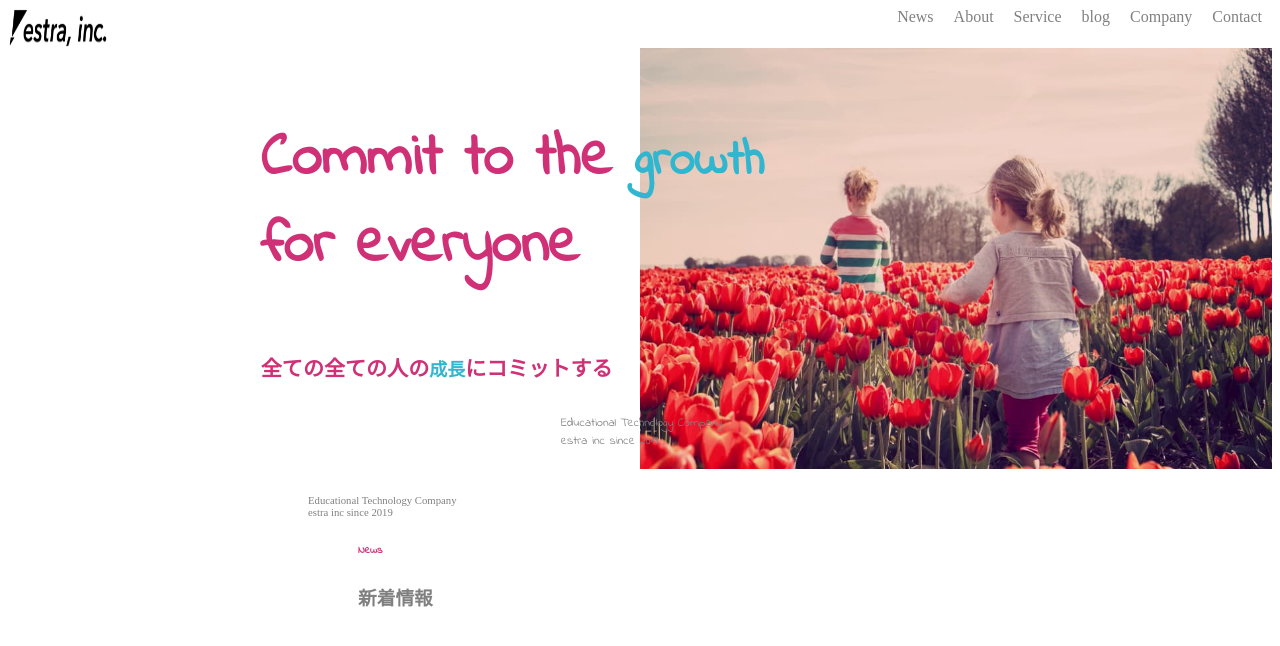
Repository: sigemasaasuka/20210902
Page: index.html
An editor plug-in stored every save of this project. The page is shown before and after the next save, followed by the edit.
The browser window is 1280 px wide. The pictures show the whole page.

Above is the page before, as saved 2021-09-08 21:23:43.

After the next save:
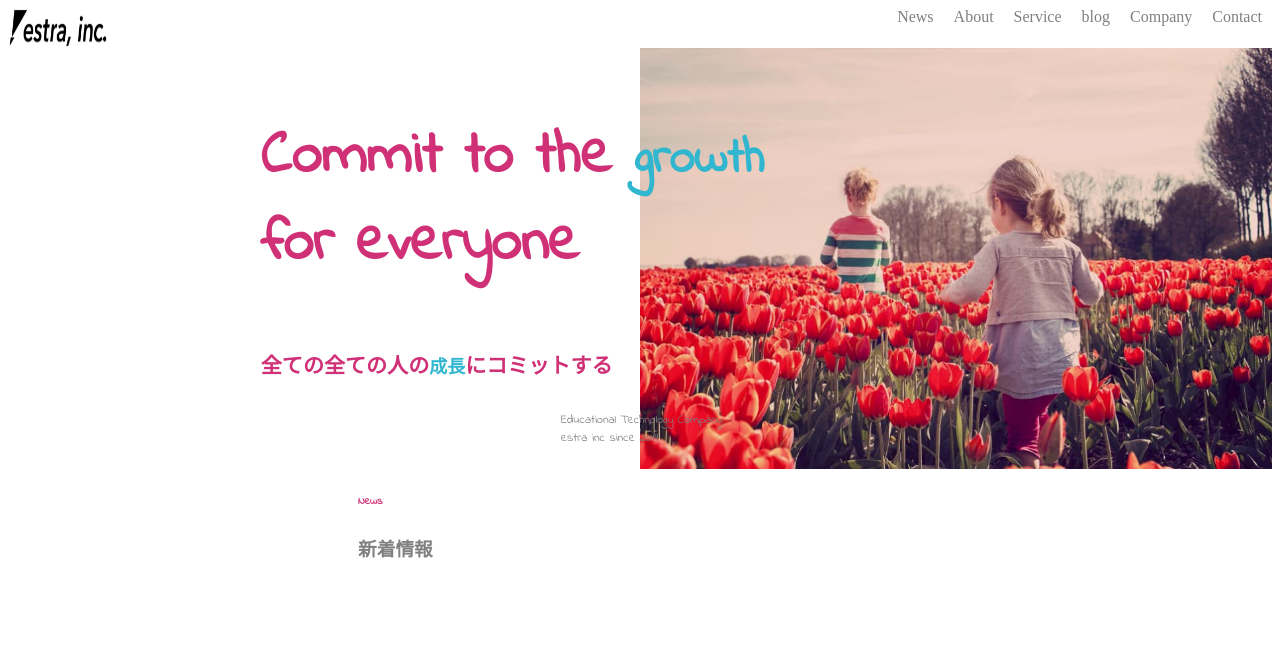
Saved 5 s later.
--- a/index.html
+++ b/index.html
@@ -33,7 +33,6 @@
         <h6 class="subtitle">Educational Technology Company<br>estra inc since 2019</h6>
       </div>
     </div>
-    <h6 class="subtitle">Educational Technology Company<br>estra inc since 2019</h6>
     <div class="smlltitle">
     <h6>News</h6>
     </div>

After the 2 saves that followed:
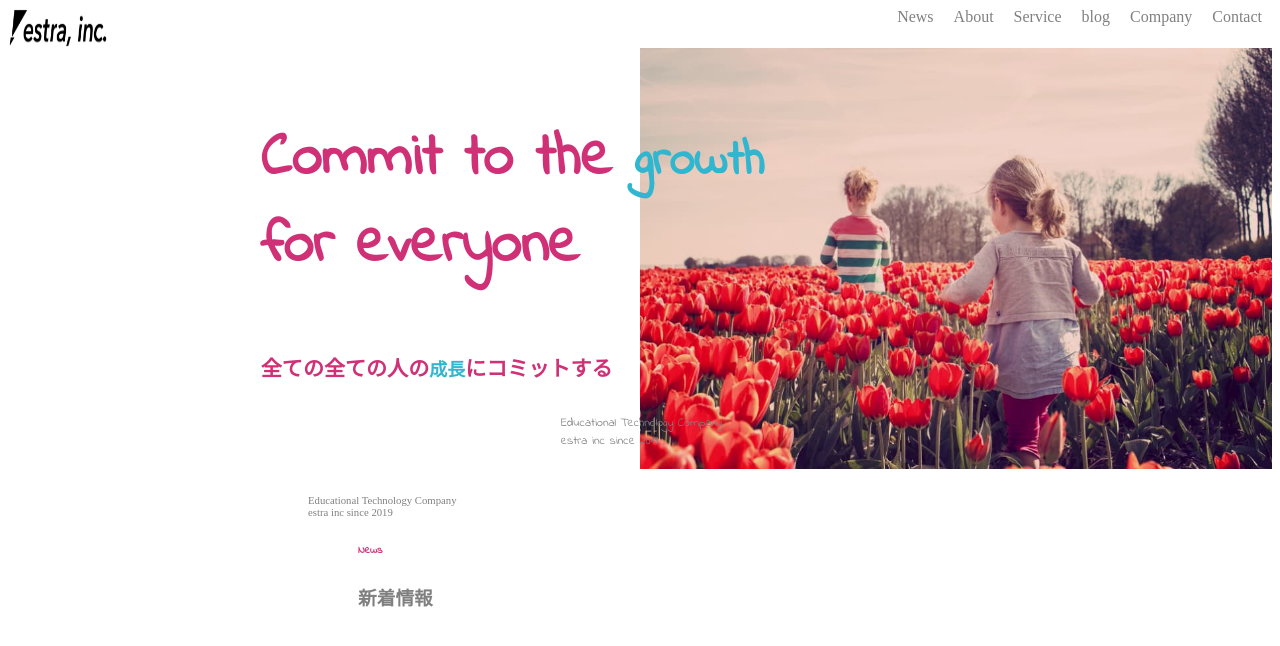
The 2 saves are shown as one change because they came seconds apart.
The last was saved 59 s later.
--- a/index.html
+++ b/index.html
@@ -33,6 +33,7 @@
         <h6 class="subtitle">Educational Technology Company<br>estra inc since 2019</h6>
       </div>
     </div>
+    <h6 class="subtitle">Educational Technology Company<br>estra inc since 2019</h6>
     <div class="smlltitle">
     <h6>News</h6>
     </div>
